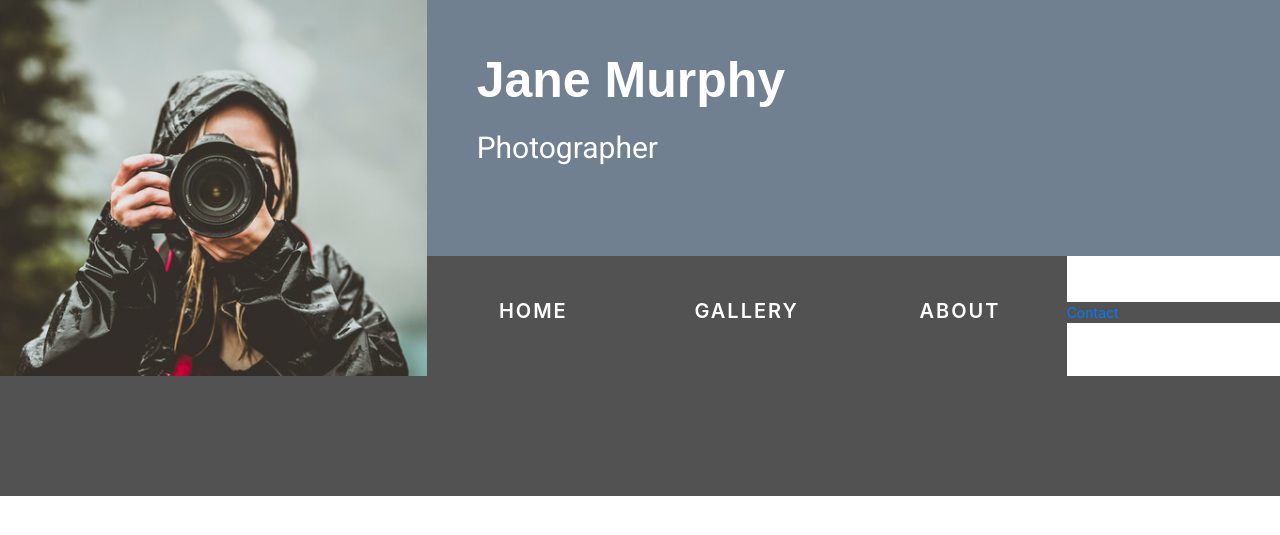
Repository: Code-Institute-Submissions/MrChrisRandall-milestone-1
Page: index.html
The author's editor kept a record of every edit. The page is drawn from the files as they stood at one moment, then again after the next edit.
The browser window is 1280 px wide. The pictures show the whole page.

Above is the page before.

After the next edit:
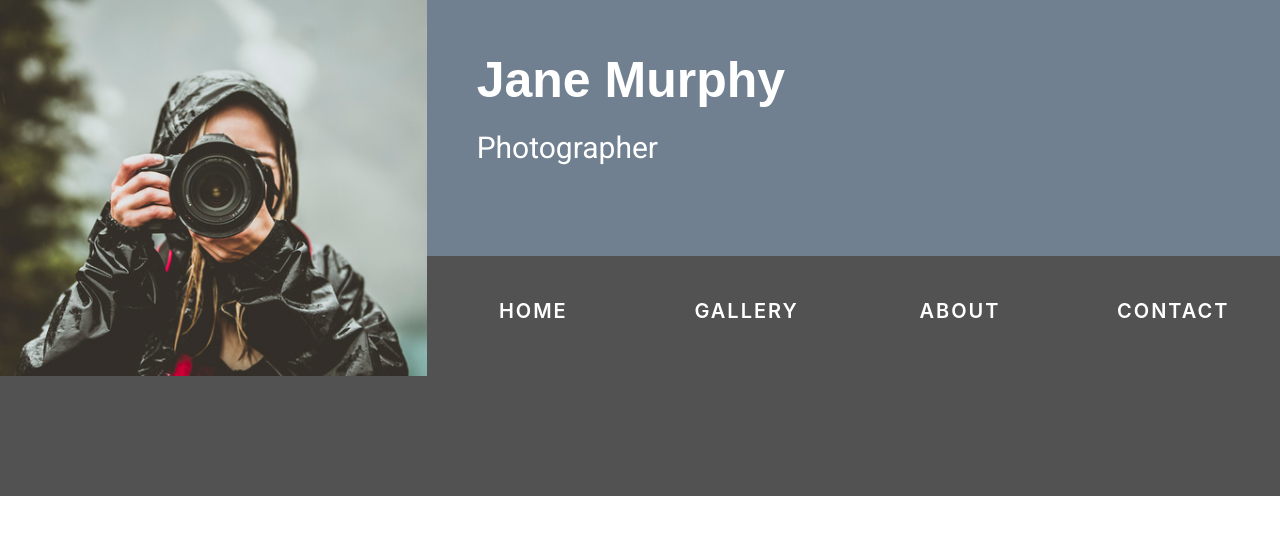
The edit:
--- a/index.html
+++ b/index.html
@@ -37,7 +37,7 @@
                             <li class="col-2 col-sm-3 ui-menu-color-about list-inline-item menuitem">
                                 <a href="#"><span>About</span></a>
                             </li>
-                            <li class="col-2 col-sm-3 ui-menu-color-contact list-inline-item">
+                            <li class="col-2 col-sm-3 ui-menu-color-contact list-inline-item menuitem">
                                 <a href="#"><span>Contact</span></a>
                             </li>
                         </ul>
